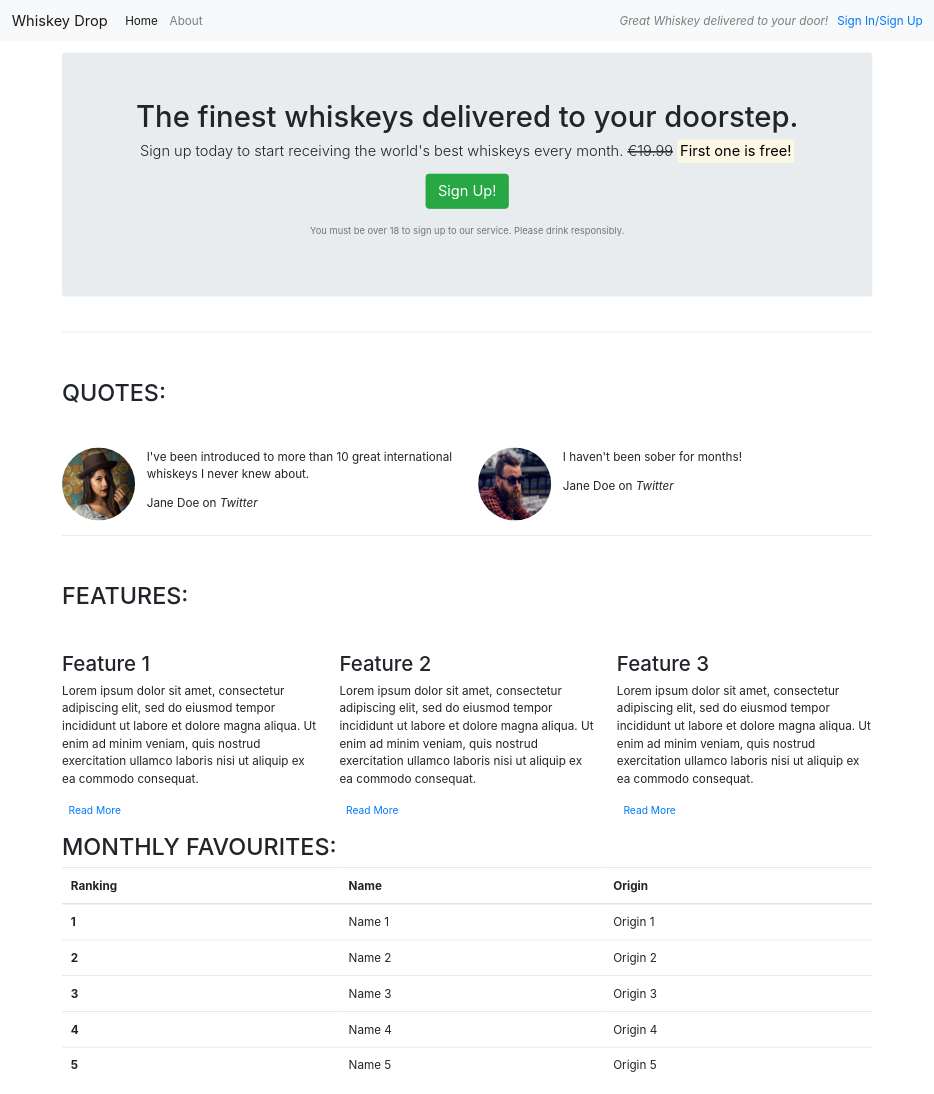
Repository: ElaineArchbold/bootstrap_landing_page1
Page: index.html
The author's editor kept a record of every edit. The page is drawn from the files as they stood at one moment, then again after the next edit.
The browser window is 1280 px wide. The pictures show the whole page, at 73% of full size.

Above is the page before.

### index.html
<!DOCTYPE html>
<html lang="en-us">

<head>
    <meta charset="utf-8">
    <meta name="viewport" content="width=device-width, initial-scale=1.0">
    <title>Whiskey Drop | Taste a new whiskey every month</title>
    <link rel="stylesheet" href="https://maxcdn.bootstrapcdn.com/bootstrap/4.1.3/css/bootstrap.min.css">
</head>

<body>
    <nav class="navbar navbar-light bg-light navbar-expand-sm">
        <!--navbar light for a light colour, bg-light for a light background and navbar-expand-sm to make it responsive-->
        <a href="/" class="navbar-brand">Whiskey Drop</a>
        <ul class="navbar-nav mr-auto">
            <!--mr-auto will push the content to the left-->
            <li class="active nav-item mr-r"><a class="nav-link" href="/">Home</a></li>
            <li class="nav-item mr-2"><a class="nav-link" href="/about">About</a></li>
            <li class="nav-item mr-2 d-block d-sm-none"><a class="nav-link" href="/login">Sign In/Sign Up</a></li>
            <!--this last list item will only be displayed on a mobile device-->
        </ul>
        <div class="d-none d-md-block">
            <!--this will only be displayed on medium sized and above-->
            <p class="navbar-text my-auto mr-2"><i>Great Whiskey delivered to your door!</i></p>
            <!--my-auto is automatic margin-->
            <a href="/login">Sign In/Sign Up</a>
        </div>
    </nav>
    <article class="container mt-3">
        <!-- Callout -->
        <div class="row">
            <div class="col-12">
                <section class="callout jumbotron text-center">
                    <h1>The finest whiskeys delivered to your doorstep.</h1>
                    <p class="lead">Sign up today to start receiving the world's best whiskeys every month. <s class="d-none d-sm-inline"><!--this hides this text on mobile-->€19.99</s>
                        <span class="d-inline d-sm-none"><br></span>
                        <!--this moves the following text to its own line on mobile-->
                        <strong><mark>First one is free!</mark></strong></p>
                    <p><button class="btn btn-lg btn-success">Sign Up!</button></p>
                    <p class="text-muted"><small>You must be over 18 to sign up to our service. Please drink responsibly.</small></p>
                </section>
            </div>
        </div>
        <!-- /.callout -->
        <hr>

        <!-- Quotes -->
        <section class="quotes">
            <div class="row">
                <div class="col-12 my-5">
                    <!--my-5 gives more vertical space-->
                    <h2 class="text-uppercase">Quotes:</h2>
                </div>
            </div>
            <div class="row">
                <div class="col-12 col-md-6">
                    <!--this makes the quotes side by side on a medium screen-->
                    <div class="media">
                        <img src="images/girl-image.png" class="rounded-circle mr-3" height=100 width=100></img>
                        <div class="media-body">
                            <blockquote class="quote">
                                <p>I've been introduced to more than 10 great international whiskeys I never knew about.</p>
                                <footer>Jane Doe on <cite title="Twitter">Twitter</cite></footer>
                            </blockquote>
                        </div>
                    </div>
                </div>
                <div class="col-12 col-md-6">
                    <div class="media">
                        <img src="images/guy-image.png" class="rounded-circle mr-3" height=100 width=100></img>
                        <div class="media-body">
                            <blockquote class="quote">
                                <p>I haven't been sober for months!</p>
                                <footer>Jane Doe on <cite title="Twitter">Twitter</cite></footer>
                            </blockquote>
                        </div>
                    </div>
                </div>
            </div>
        </section>
        <!-- /.quotes -->
        <hr>

        <!-- Features -->
        <section class="features">
            <div class="row">
                <div class="col-12 my-5">
                    <h2 class="text-uppercase">Features:</h2>
                </div>
            </div>
            <div class="row">
                <div class="col-12 col-md-6 col-lg-4">
                    <!--the col-lg-4 will keep the features side by side but make them occupy a third of the row-->
                    <div class="feature">
                        <h3>Feature 1</h3>
                        <p>Lorem ipsum dolor sit amet, consectetur adipiscing elit, sed do eiusmod tempor incididunt ut labore et dolore magna aliqua. Ut enim ad minim veniam, quis nostrud exercitation ullamco laboris nisi ut aliquip ex ea commodo consequat.</p>
                        <p><a class="btn btn-sm btn-default" href="">Read More</a></p>
                    </div>
                </div>
                <div class="col-12 col-md-6 col-lg-4">
                    <div class="feature">
                        <h3>Feature 2</h3>
                        <p>Lorem ipsum dolor sit amet, consectetur adipiscing elit, sed do eiusmod tempor incididunt ut labore et dolore magna aliqua. Ut enim ad minim veniam, quis nostrud exercitation ullamco laboris nisi ut aliquip ex ea commodo consequat.</p>
                        <p><a class="btn btn-sm btn-default" href="">Read More</a></p>
                    </div>
                </div>
                <div class="col-12 d-md-none d-lg-block col-lg-4">
                    <div class="feature">
                        <!-- d-md-none on a medium screen, this wont be displayed -->
                        <!--d-lg-block and col-lg-4 make this display on large screens-->
                        <h3>Feature 3</h3>
                        <p>Lorem ipsum dolor sit amet, consectetur adipiscing elit, sed do eiusmod tempor incididunt ut labore et dolore magna aliqua. Ut enim ad minim veniam, quis nostrud exercitation ullamco laboris nisi ut aliquip ex ea commodo consequat.</p>
                        <p><a class="btn btn-sm btn-default" href="">Read More</a></p>
                    </div>
                </div>
            </div>
        </section>
        <!-- /.features -->

        <section class="monthly-favourites">

            <h2 class="text-uppercase">Monthly Favourites:</h2>
            <table class="table">
                <thead>
                    <tr>
                        <th scope="col">Ranking</th>
                        <th scope="col">Name</th>
                        <th scope="col">Origin</th>
                    </tr>
                </thead>
                <tbody>
                    <tr>
                        <th scope="row">1</th>
                        <td>Name 1</td>
                        <td>Origin 1</td>
                    </tr>
                    <tr>
                        <th scope="row">2</th>
                        <td>Name 2</td>
                        <td>Origin 2</td>
                    </tr>
                    <tr>
                        <th scope="row">3</th>
                        <td>Name 3</td>
                        <td>Origin 3</td>
                    </tr>
                    <tr>
                        <th scope="row">4</th>
                        <td>Name 4</td>
                        <td>Origin 4</td>
                    </tr>
                    <tr>
                        <th scope="row">5</th>
                        <td>Name 5</td>
                        <td>Origin 5</td>
                    </tr>
                </tbody>
            </table>

        </section>
    </article>
</body>

</html>

After the next edit:
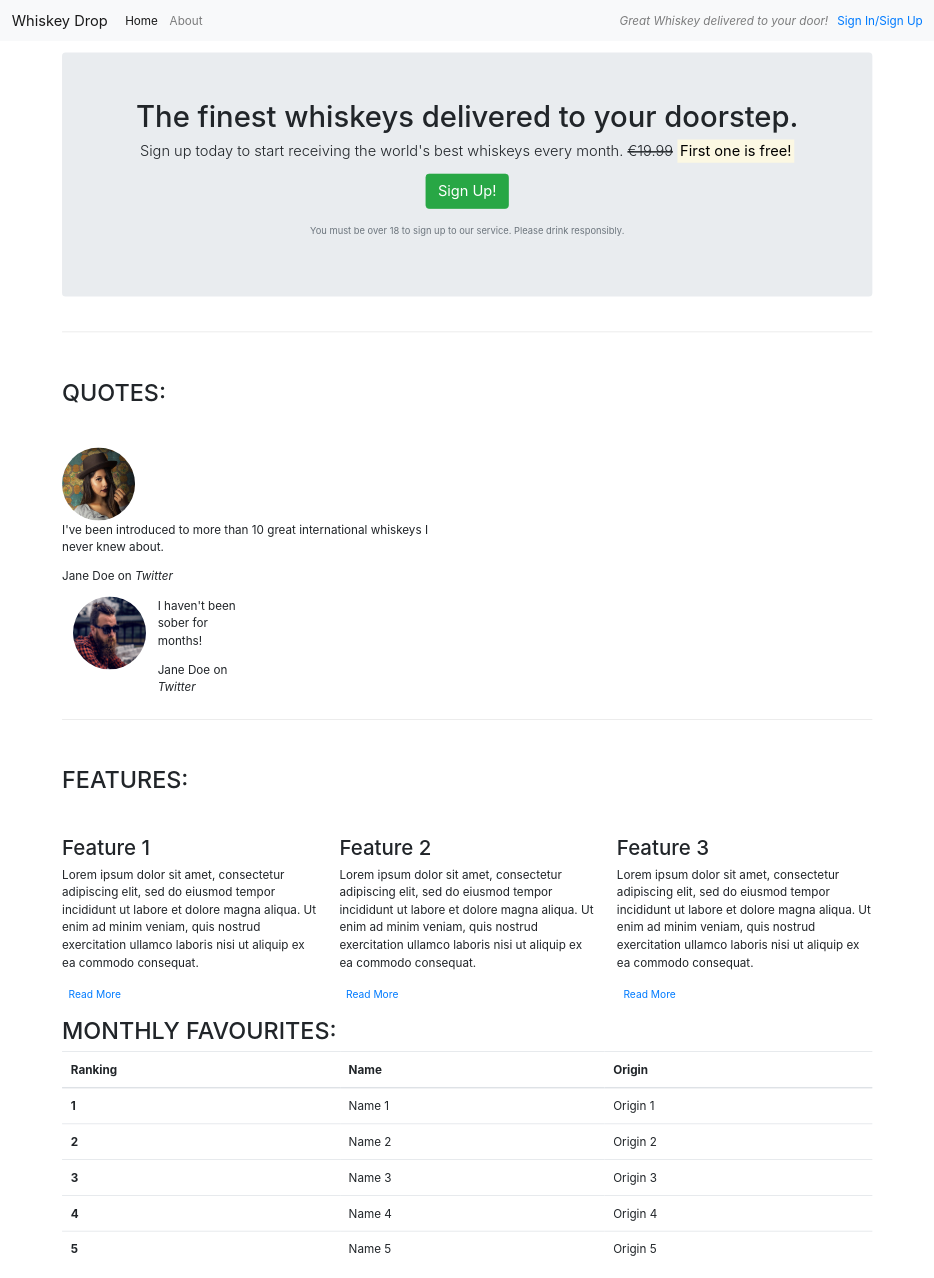
The edit:
--- a/index.html
+++ b/index.html
@@ -56,6 +56,7 @@
                 <div class="col-12 col-md-6">
                     <!--this makes the quotes side by side on a medium screen-->
                     <div class="media">
+                        <div class="d-none d-sm-block">
                         <img src="images/girl-image.png" class="rounded-circle mr-3" height=100 width=100></img>
                         <div class="media-body">
                             <blockquote class="quote">

After the edit that followed:
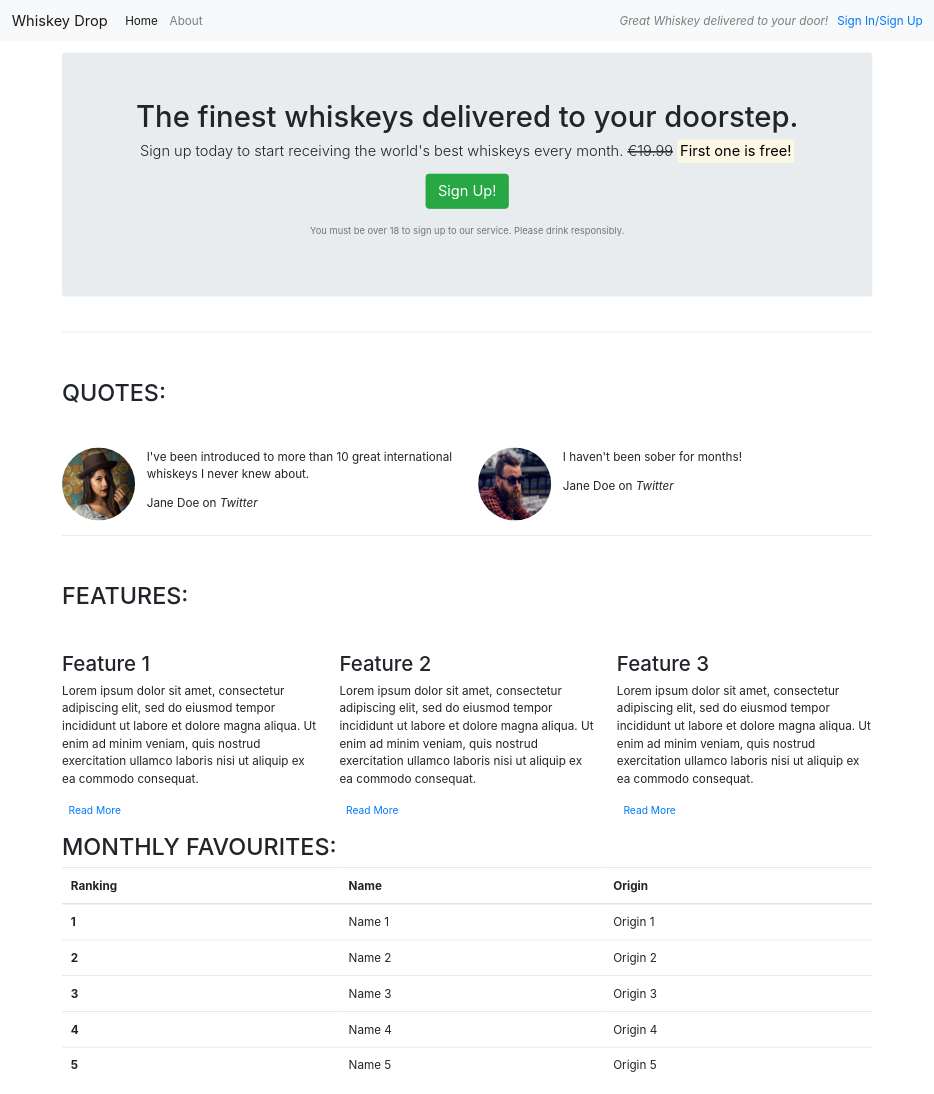
The edit:
--- a/index.html
+++ b/index.html
@@ -57,7 +57,8 @@
                     <!--this makes the quotes side by side on a medium screen-->
                     <div class="media">
                         <div class="d-none d-sm-block">
-                        <img src="images/girl-image.png" class="rounded-circle mr-3" height=100 width=100></img>
+                            <img src="images/girl-image.png" class="rounded-circle mr-3" height=100 width=100></img>
+                        </div>
                         <div class="media-body">
                             <blockquote class="quote">
                                 <p>I've been introduced to more than 10 great international whiskeys I never knew about.</p>
